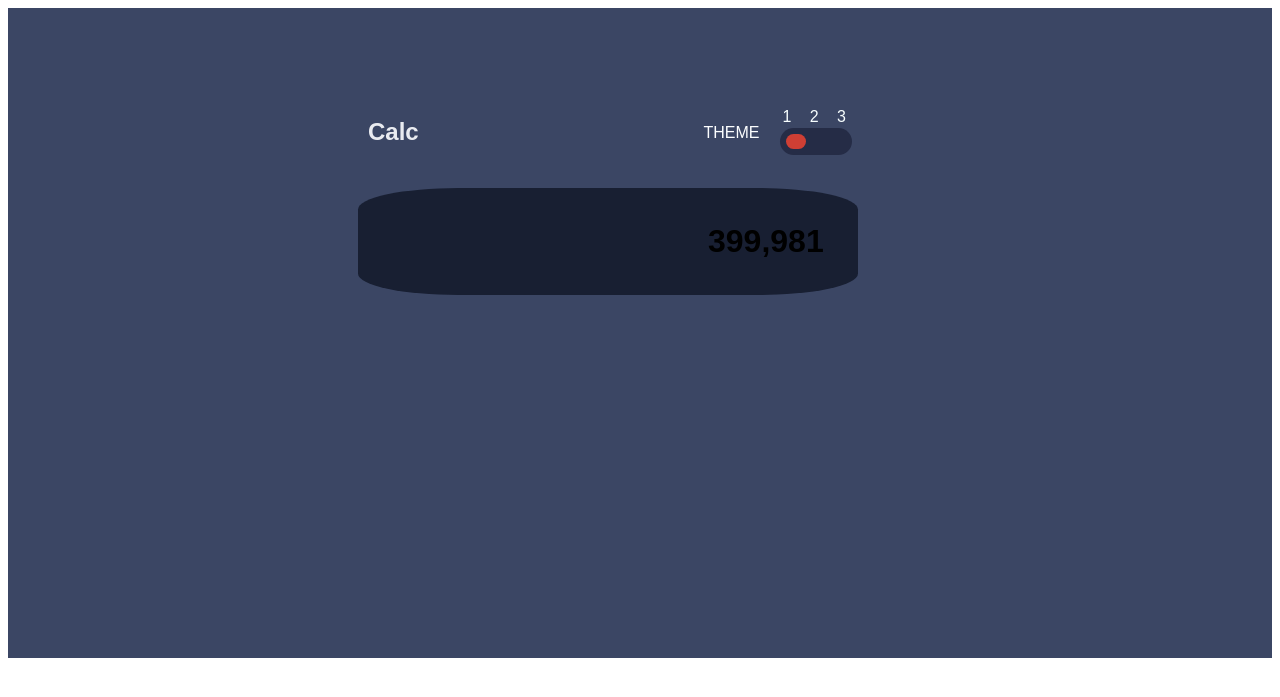
Repository: Bakyproit/Calcutor
Page: SimpleCalculatorApp.html
An editor plug-in stored every save of this project. The page is shown before and after the next save, followed by the edit.
The browser window is 1280 px wide. The pictures show the whole page.

Above is the page before, as saved 2022-02-09 16:09:27.

### SimpleCalculatorApp.html
<!DOCTYPE html>
<html lang="en">
<head>
    <meta charset="UTF-8">
    <meta http-equiv="X-UA-Compatible" content="IE=edge">
    <meta name="viewport" content="width=device-width, initial-scale=1.0">
    <title>SimpleCalculatorApp</title>
    <link rel="stylesheet" href="asset/App.css">
    <link rel="stylesheet" href="asset/grid.css">
</head>
<body>
    <div class="container">
        <div class="app">
            <div class="app__title">
                <h1 class="app__title-name">Calc</h1>
                <div class="app__title-theme">
                    <p class="app__title-theme-name">THEME</p>
                    <div class="app__title-theme-box">
                        <div class="app__title-theme-box-number">
                            <span class="app__title-theme-box-number-1">1</span>
                            <span class="app__title-theme-box-number-2">2</span>
                            <span class="app__title-theme-box-number-3">3</span>
                        </div>
                        <div class="app__title-theme-box-toggle">
                            <label for="toggle-input" class="toggle">
                                <input type="checkbox" id="toggle-input" class="toggle__checkbox">
                                <div class="toggle__bar">
                                    <div class="toggle__spin"></div>
                                </div>
                            </label>
                        </div>
                    </div>
                </div>
            </div>

            <div class="app__content">
                <h1 class="app__content-number">399,981</h1>
            </div>
        </div>
    </div>
</body>
</html>

### asset/App.css
html{
    font-family:Arial, Helvetica, sans-serif ;
    box-sizing: border-box;
    padding: 0 ;
    margin: 0;
}
h1{
    margin: 0;
}

.container{
    height: 650px;
    width: 100%;
    background-color: #3b4664;
    position: relative;
}
.app{
    width: 500px;
    position:absolute ;
    top:100px ;
    left:350px;

}
.app__title{
    display: flex;
    justify-content:space-between;

}
.app__title-name{
    color : #e9ebf0 ;
    font-size: 24px;
    padding: 10px;
}
.app__title-theme{
    display: flex;
}
.app__title-theme-name{
    color :20px ;
    color:#fcfeff ;
    margin-right: 16px;
}
.app__title-theme-box{
    display: flex;
    flex-direction: column;
    padding-right: 5px;
}
.app__title-theme-box-number{
    color : #f8ffff ;
}
.app__title-theme-box-number-1{
    padding: 0 7px;
}
.app__title-theme-box-number-2{
    padding: 0 7px;

}
.app__title-theme-box-number-3{
    padding: 0 7px;

}
.app__title-theme-box-toggle{
    padding-top: 2px;
    padding-left: 5px;
}
.toggle__checkbox{
    display: none;
}
.toggle__bar{
    width: 60px;
    height: 15px;
    background-color: #252c46;
    border-radius: 5rem;
    /* transition: background-color 4s linear; */
    padding: 6px;
}
.toggle__spin{
    width: 20px;
    height: 15px;
    background-color: #cf3f34;
    border-radius: 3rem;
    transition: transform .3s linear;
}
.toggle__checkbox:checked ~ .toggle__bar{
    background-color: #a2aac6;
}
.toggle__checkbox:checked + .toggle__bar .toggle__spin {
    transform: translateX(2.5rem);
}


.app__content{
    background-color: #181f32;
    margin:30px 0;
    border-radius: 20%;
}
.app__content-number{
    padding: 35px 0 ;
    padding-left: 350px;

}

### asset/grid.css
.grid {
    width: 100%;
    display: block;
    padding: 0;

}

.grid.wide {
    max-width: 1200px;
    margin: 0 auto;
}

.row {
    display: flex;
    flex-wrap: wrap;
    margin-left: -4px;
    margin-right: -4px;
}

.row.no-gutters {
    margin-left: 0;
    margin-right: 0;
}

.col {
    padding-left: 4px;
    padding-right: 4px;
}

.row.no-gutters .col {
    padding-left: 0;
    padding-right: 0;
}

.c-0 {
    display: none;
}

.c-1 {
    flex: 0 0 8.33333%;
    max-width: 8.33333%;
}

.c-2 {
    flex: 0 0 16.66667%;
    max-width: 16.66667%;
}

.c-3 {
    flex: 0 0 25%;
    max-width: 25%;
}

.c-4 {
    flex: 0 0 33.33333%;
    max-width: 33.33333%;
}

.c-5 {
    flex: 0 0 41.66667%;
    max-width: 41.66667%;
}

.c-6 {
    flex: 0 0 50%;
    max-width: 50%;
}

.c-7 {
    flex: 0 0 58.33333%;
    max-width: 58.33333%;
}

.c-8 {
    flex: 0 0 66.66667%;
    max-width: 66.66667%;
}

.c-9 {
    flex: 0 0 75%;
    max-width: 75%;
}

.c-10 {
    flex: 0 0 83.33333%;
    max-width: 83.33333%;
}

.c-11 {
    flex: 0 0 91.66667%;
    max-width: 91.66667%;
}

.c-12 {
    flex: 0 0 100%;
    max-width: 100%;
}

.c-o-1 {
    margin-left: 8.33333%;
}

.c-o-2 {
    margin-left: 16.66667%;
}

.c-o-3 {
    margin-left: 25%;
}

.c-o-4 {
    margin-left: 33.33333%;
}

.c-o-5 {
    margin-left: 41.66667%;
}

.c-o-6 {
    margin-left: 50%;
}

.c-o-7 {
    margin-left: 58.33333%;
}

.c-o-8 {
    margin-left: 66.66667%;
}

.c-o-9 {
    margin-left: 75%;
}

.c-o-10 {
    margin-left: 83.33333%;
}

.c-o-11 {
    margin-left: 91.66667%;
}

/* >= Tablet */
@media (min-width: 740px) {
    .row {
        margin-left: -8px;
        margin-right: -8px;
    }

    .col {
        padding-left: 8px;
        padding-right: 8px;
    }

    .m-0 {
        display: none;
    }

    .m-1,
    .m-2,
    .m-3,
    .m-4,
    .m-5,
    .m-6,
    .m-7,
    .m-8,
    .m-9,
    .m-10,
    .m-11,
    .m-12 {
        display: block;
    }

    .m-1 {
        flex: 0 0 8.33333%;
        max-width: 8.33333%;
    }

    .m-2 {
        flex: 0 0 16.66667%;
        max-width: 16.66667%;
    }

    .m-3 {
        flex: 0 0 25%;
        max-width: 25%;
    }

    .m-4 {
        flex: 0 0 33.33333%;
        max-width: 33.33333%;
    }

    .m-5 {
        flex: 0 0 41.66667%;
        max-width: 41.66667%;
    }

    .m-6 {
        flex: 0 0 50%;
        max-width: 50%;
    }

    .m-7 {
        flex: 0 0 58.33333%;
        max-width: 58.33333%;
    }

    .m-8 {
        flex: 0 0 66.66667%;
        max-width: 66.66667%;
    }

    .m-9 {
        flex: 0 0 75%;
        max-width: 75%;
    }

    .m-10 {
        flex: 0 0 83.33333%;
        max-width: 83.33333%;
    }

    .m-11 {
        flex: 0 0 91.66667%;
        max-width: 91.66667%;
    }

    .m-12 {
        flex: 0 0 100%;
        max-width: 100%;
    }

    .m-o-1 {
        margin-left: 8.33333%;
    }

    .m-o-2 {
        margin-left: 16.66667%;
    }

    .m-o-3 {
        margin-left: 25%;
    }

    .m-o-4 {
        margin-left: 33.33333%;
    }

    .m-o-5 {
        margin-left: 41.66667%;
    }

    .m-o-6 {
        margin-left: 50%;
    }

    .m-o-7 {
        margin-left: 58.33333%;
    }

    .m-o-8 {
        margin-left: 66.66667%;
    }

    .m-o-9 {
        margin-left: 75%;
    }

    .m-o-10 {
        margin-left: 83.33333%;
    }

    .m-o-11 {
        margin-left: 91.66667%;
    }
}

/* PC medium resolution > */
@media (min-width: 1113px) {
    .row {
        margin-left: -6px;
        margin-right: -6px;
    }

    .row.sm-gutter {
        margin-left: -5px;
        margin-right: -5px;
    }

    .col {
        padding-left: 6px;
        padding-right: 6px;
    }

    .row.sm-gutter .col {
        padding-left: 5px;
        padding-right: 5px;
    }

    .l-0 {
        display: none;
    }

    .l-1,
    .l-2,
    .l-2-4,
    .l-3,
    .l-4,
    .l-5,
    .l-6,
    .l-7,
    .l-8,
    .l-9,
    .l-10,
    .l-11,
    .l-12 {
        display: block;
    }

    .l-1 {
        flex: 0 0 8.33333%;
        max-width: 8.33333%;
    }

    .l-2 {
        flex: 0 0 16.66667%;
        max-width: 16.66667%;
    }

    .l-2-4 {
        flex: 0 0 20%;
        max-width: 20%;
    }

    .l-3 {
        flex: 0 0 25%;
        max-width: 25%;
    }

    .l-4 {
        flex: 0 0 33.33333%;
        max-width: 33.33333%;
    }

    .l-5 {
        flex: 0 0 41.66667%;
        max-width: 41.66667%;
    }

    .l-6 {
        flex: 0 0 50%;
        max-width: 50%;
    }

    .l-7 {
        flex: 0 0 58.33333%;
        max-width: 58.33333%;
    }

    .l-8 {
        flex: 0 0 66.66667%;
        max-width: 66.66667%;
    }

    .l-9 {
        flex: 0 0 75%;
        max-width: 75%;
    }

    .l-10 {
        flex: 0 0 83.33333%;
        max-width: 83.33333%;
    }

    .l-11 {
        flex: 0 0 91.66667%;
        max-width: 91.66667%;
    }

    .l-12 {
        flex: 0 0 100%;
        max-width: 100%;
    }

    .l-o-1 {
        margin-left: 8.33333%;
    }

    .l-o-2 {
        margin-left: 16.66667%;
    }

    .l-o-3 {
        margin-left: 25%;
    }

    .l-o-4 {
        margin-left: 33.33333%;
    }

    .l-o-5 {
        margin-left: 41.66667%;
    }

    .l-o-6 {
        margin-left: 50%;
    }

    .l-o-7 {
        margin-left: 58.33333%;
    }

    .l-o-8 {
        margin-left: 66.66667%;
    }

    .l-o-9 {
        margin-left: 75%;
    }

    .l-o-10 {
        margin-left: 83.33333%;
    }

    .l-o-11 {
        margin-left: 91.66667%;
    }
}

/* Tablet - PC low resolution */
@media (min-width: 740px) and (max-width: 1023px) {
    .wide {
        width: 644px;
    }
}

/* > PC low resolution */
@media (min-width: 1024px) and (max-width: 1239px) {
    .wide {
        width: 984px;
    }

    .wide .row {
        margin-left: -12px;
        margin-right: -12px;
    }

    .wide .row.sm-gutter {
        margin-left: -5px;
        margin-right: -5px;
    }

    .wide .col {
        padding-left: 12px;
        padding-right: 12px;
    }

    .wide .row.sm-gutter .col {
        padding-left: 5px;
        padding-right: 5px;
    }

    .wide .l-0 {
        display: none;
    }

    .wide .l-1,
    .wide .l-2,
    .wide .l-2-4,
    .wide .l-3,
    .wide .l-4,
    .wide .l-5,
    .wide .l-6,
    .wide .l-7,
    .wide .l-8,
    .wide .l-9,
    .wide .l-10,
    .wide .l-11,
    .wide .l-12 {
        display: block;
    }

    .wide .l-1 {
        flex: 0 0 8.33333%;
        max-width: 8.33333%;
    }

    .wide .l-2 {
        flex: 0 0 16.66667%;
        max-width: 16.66667%;
    }

    .wide .l-2-4 {
        flex: 0 0 20%;
        max-width: 20%;
    }

    .wide .l-3 {
        flex: 0 0 25%;
        max-width: 25%;
    }

    .wide .l-4 {
        flex: 0 0 33.33333%;
        max-width: 33.33333%;
    }

    .wide .l-5 {
        flex: 0 0 41.66667%;
        max-width: 41.66667%;
    }

    .wide .l-6 {
        flex: 0 0 50%;
        max-width: 50%;
    }

    .wide .l-7 {
        flex: 0 0 58.33333%;
        max-width: 58.33333%;
    }

    .wide .l-8 {
        flex: 0 0 66.66667%;
        max-width: 66.66667%;
    }

    .wide .l-9 {
        flex: 0 0 75%;
        max-width: 75%;
    }

    .wide .l-10 {
        flex: 0 0 83.33333%;
        max-width: 83.33333%;
    }

    .wide .l-11 {
        flex: 0 0 91.66667%;
        max-width: 91.66667%;
    }

    .wide .l-12 {
        flex: 0 0 100%;
        max-width: 100%;
    }

    .wide .l-o-1 {
        margin-left: 8.33333%;
    }

    .wide .l-o-2 {
        margin-left: 16.66667%;
    }

    .wide .l-o-3 {
        margin-left: 25%;
    }

    .wide .l-o-4 {
        margin-left: 33.33333%;
    }

    .wide .l-o-5 {
        margin-left: 41.66667%;
    }

    .wide .l-o-6 {
        margin-left: 50%;
    }

    .wide .l-o-7 {
        margin-left: 58.33333%;
    }

    .wide .l-o-8 {
        margin-left: 66.66667%;
    }

    .wide .l-o-9 {
        margin-left: 75%;
    }

    .wide .l-o-10 {
        margin-left: 83.33333%;
    }

    .wide .l-o-11 {
        margin-left: 91.66667%;
    }
}

After the next save:
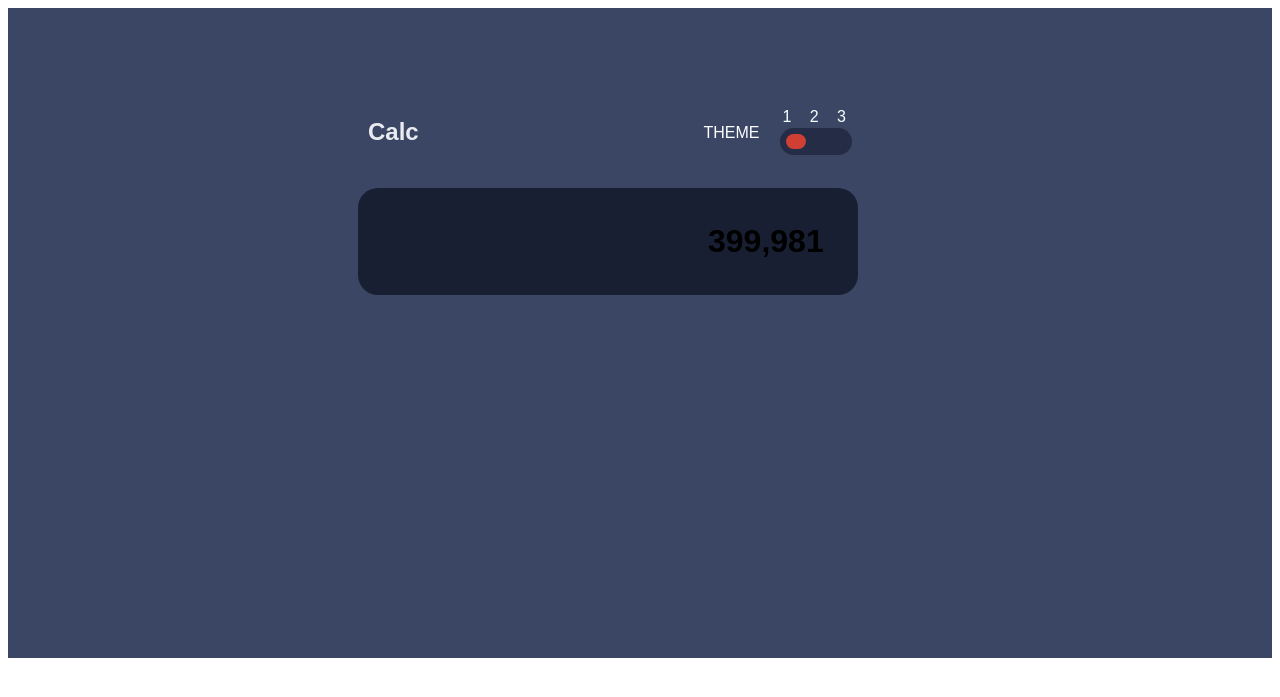
Saved 5 s later.
--- a/asset/App.css
+++ b/asset/App.css
@@ -91,7 +91,7 @@ h1{
 .app__content{
     background-color: #181f32;
     margin:30px 0;
-    border-radius: 20%;
+    border-radius: 20px;
 }
 .app__content-number{
     padding: 35px 0 ;
